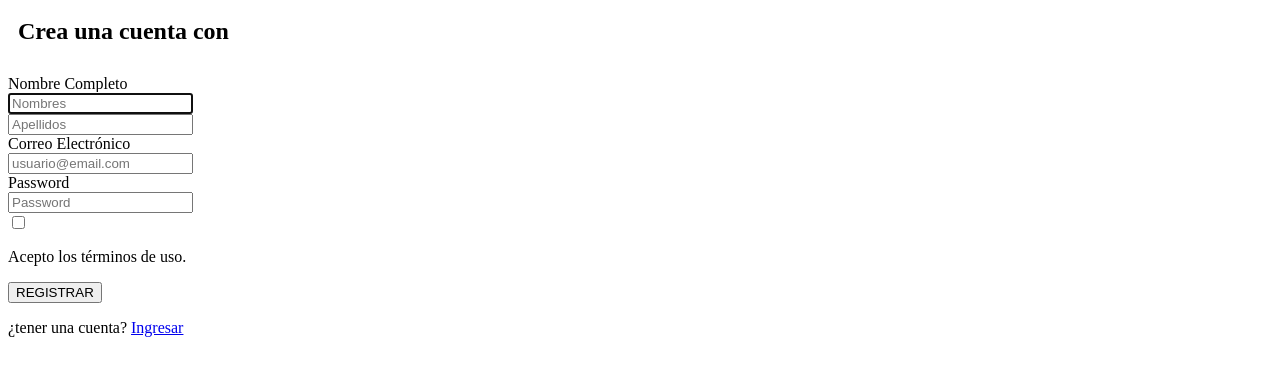
Repository: elrodriguez/trueque
Page: resources/views/livewire/auth/register.blade.php
The author's editor kept a copy of each file at every save. The page is drawn from the files as they stood at one save, then again after the next save.
The browser window is 1280 px wide. The pictures show the whole page.
The page is served by the project's Laravel application, run on PHP 8.4 with Laravel 8. Other server files are loaded and not shown. The template is opened directly, without the code that normally fills it, so the values that code supplies are empty.

Above is the page before, as saved 2021-04-11 10:55:12.

### routes/web.php
<?php

use Illuminate\Support\Facades\Route;

/*
|--------------------------------------------------------------------------
| Web Routes
|--------------------------------------------------------------------------
|
| Here is where you can register web routes for your application. These
| routes are loaded by the RouteServiceProvider within a group which
| contains the "web" middleware group. Now create something great!
|
*/

Route::get('/', function () {
    return view('home.main');
});

Route::get('/login', function () {
    return view('auth.public-login');
})->name('login');
Route::get('/register', function () {
    return view('auth.public-register');
})->name('register');

Route::middleware(['auth:sanctum', 'verified'])->get('/dashboard', function () {
    return view('dashboard');
})->name('dashboard');

### resources/views/livewire/auth/register.blade.php
<div>
    <section class="login-registration-wrapper pt-50 pb-50">
        <div class="container">

            <div class="row justify-content-center">
                <div class="col-xl-5 col-lg-10">
                   <div class="login-registration-style-2 mt-50">
                       <h1 class="heading-4 font-weight-500 title primary-btn" style="padding: 10px;"><i class="mdi mdi-account-plus"></i> Crea una cuenta con</h1>
                       <div class="login-registration-form pt-10">
                           <form method="POST" action="{{ route('register') }}">
                                @csrf
                               <div class="single-form form-default form-border">
                                    <label>Nombre Completo</label>
                                    <div class="row">
                                        <div class="col-sm-6">
                                            <div class="form-input">
                                                <input type="text" placeholder="Nombres" id="name" name="name" :value="old('name')" required autofocus autocomplete="name">
                                                <i class="mdi mdi-account"></i>
                                            </div>
                                        </div>
                                        <div class="col-sm-6">
                                            <div class="form-input form">
                                                <input type="text" placeholder="Apellidos">
                                            </div>
                                        </div>
                                    </div>
                                </div>
                               <div class="single-form form-default form-border">
                                    <label>Correo Electrónico</label>
                                    <div class="form-input">
                                        <input type="email" placeholder="usuario@email.com">
                                        <i class="mdi mdi-email"></i>
                                    </div>
                                </div>
                                <div class="single-form form-default form-border">
                                    <label>Password</label>
                                    <div class="form-input">
                                        <input id="password-8" type="password" placeholder="Password">
                                        <i class="mdi mdi-lock"></i>
                                        <span toggle="#password-8" class="mdi mdi-eye-outline toggle-password"></span>
                                    </div>
                                </div>
                                <div class="single-checkbox checkbox-style-3">
                                    <input type="checkbox" id="login-9">
                                    <label for="login-9"><span></span> </label>
                                    <p>Acepto los términos de uso.</p>
                                </div>
                                <div class="single-form">
                                    <button class="main-btn primary-btn">REGISTRAR</button>
                                </div>
                           </form>
                       </div>
                       <div class="text-center">
                           <p class="login">¿tener una cuenta? <a href="login.html">Ingresar</a></p>
                       </div>
                   </div>
                </div>
            </div>
        </div>
    </section>
</div>

After the next save:
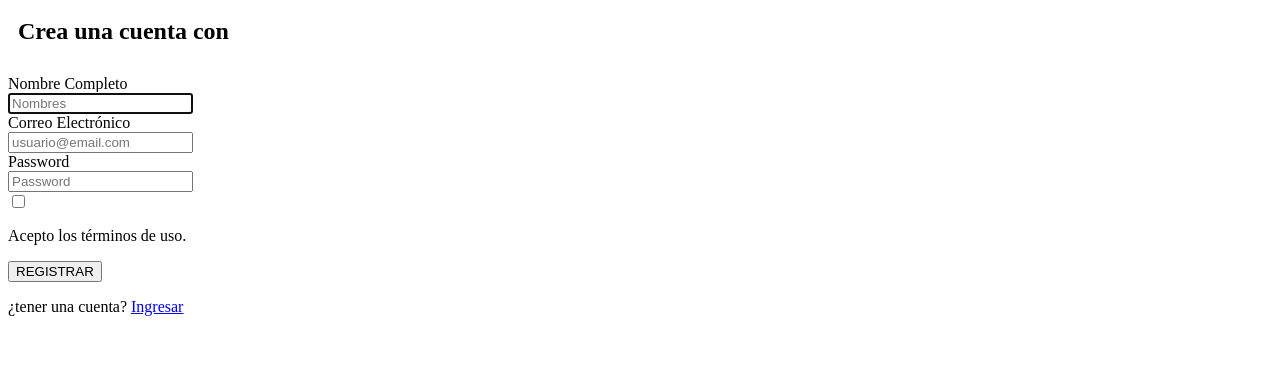
Saved 14 s later.
--- a/resources/views/livewire/auth/register.blade.php
+++ b/resources/views/livewire/auth/register.blade.php
@@ -12,17 +12,17 @@
                                <div class="single-form form-default form-border">
                                     <label>Nombre Completo</label>
                                     <div class="row">
-                                        <div class="col-sm-6">
+                                        <div class="col-sm-12">
                                             <div class="form-input">
                                                 <input type="text" placeholder="Nombres" id="name" name="name" :value="old('name')" required autofocus autocomplete="name">
                                                 <i class="mdi mdi-account"></i>
                                             </div>
                                         </div>
-                                        <div class="col-sm-6">
+                                        <!--div class="col-sm-6">
                                             <div class="form-input form">
                                                 <input type="text" placeholder="Apellidos">
                                             </div>
-                                        </div>
+                                        </div-->
                                     </div>
                                 </div>
                                <div class="single-form form-default form-border">
